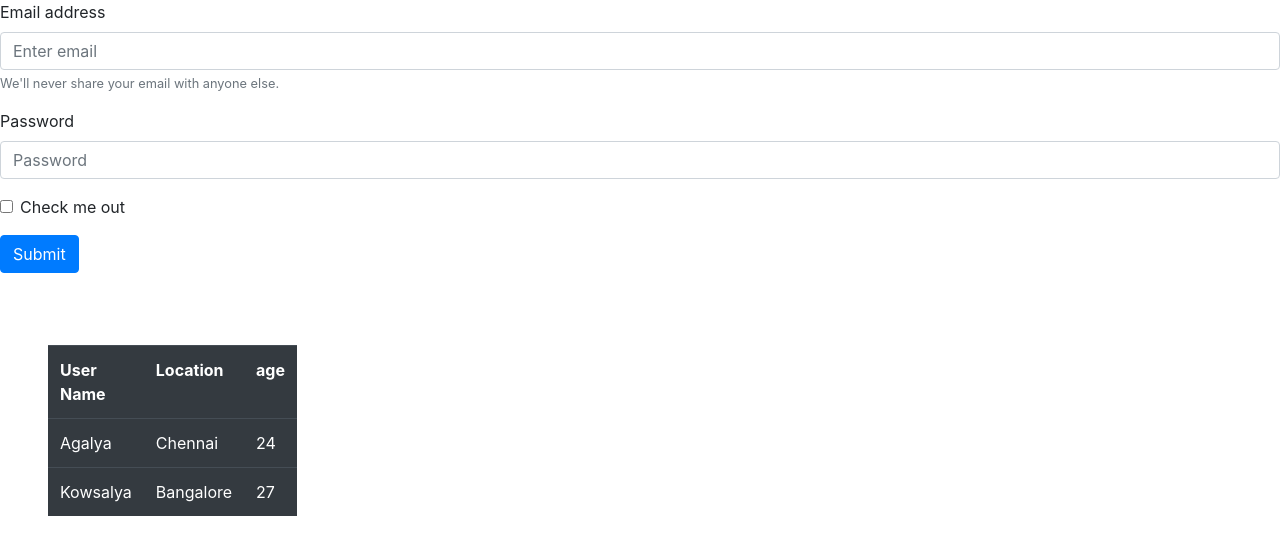
Repository: rajeshkannane/java1
Page: Form/public/index.html
These files come from the project's save history. The page is drawn as it stood at one moment and after the next save; the edit follows.
The browser window is 1280 px wide. The pictures show the whole page.

Above is the page before, as saved 2022-11-14 16:45:12.

### Form/public/index.html
<!DOCTYPE html>
<html>
<head>
            <meta charset="UTF-8">
            <title>Form Demo</title>
            <link rel="stylesheet" href="https://stackpath.bootstrapcdn.com/bootstrap/4.3.1/css/bootstrap.min.css" integrity="sha384-ggOyR0iXCbMQv3Xipma34MD+dH/1fQ784/j6cY/iJTQUOhcWr7x9JvoRxT2MZw1T" crossorigin="anonymous">
        </head>


<body>
<form>
  <div class="form-group">
    <label for="exampleInputEmail1">Email address</label>
    <input type="email" class="form-control" id="exampleInputEmail1" aria-describedby="emailHelp" placeholder="Enter email">
    <small id="emailHelp" class="form-text text-muted">We'll never share your email with anyone else.</small>
  </div>
  <div class="form-group">
    <label for="exampleInputPassword1">Password</label>
    <input type="password" class="form-control" id="exampleInputPassword1" placeholder="Password">
  </div>
  <div class="form-group form-check">
    <input type="checkbox" class="form-check-input" id="exampleCheck1">
    <label class="form-check-label" for="exampleCheck1">Check me out</label>
  </div>
  <button type="submit" class="btn btn-primary">Submit</button>
</form>
<br>
<div class="col-sm-3 p-5" >
<table class="table table-dark" style="text-align:1%">
  <tr>
    <th>User Name</th>
    <th>Location</th>
    <th>age</th>
  </tr>
  <tr>
    <td>Agalya</td>
    <td>Chennai</td>
    <td>24</td>
  </tr>
  <tr>
    <td>Kowsalya</td>
    <td>Bangalore</td>
    <td>27</td>
  </tr>
    </table>
    </div>
</body>
</html>

After the next save:
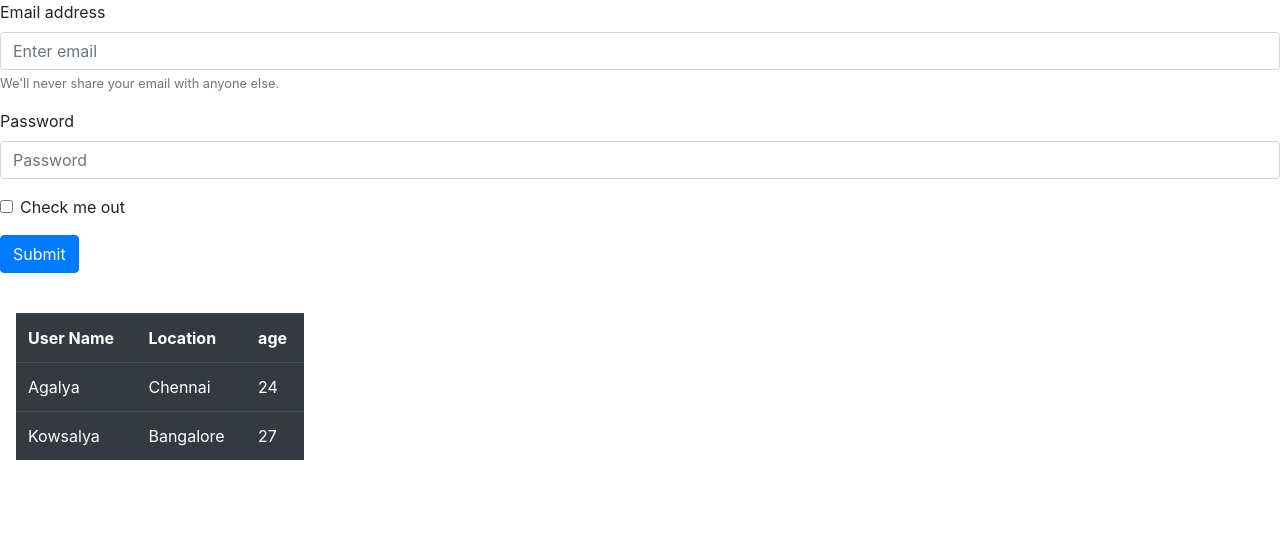
Saved 81 s later.
--- a/Form/public/index.html
+++ b/Form/public/index.html
@@ -25,7 +25,7 @@
   <button type="submit" class="btn btn-primary">Submit</button>
 </form>
 <br>
-<div class="col-sm-3 p-5" >
+<div class="col-sm-3 p-3" >
 <table class="table table-dark" style="text-align:1%">
   <tr>
     <th>User Name</th>
